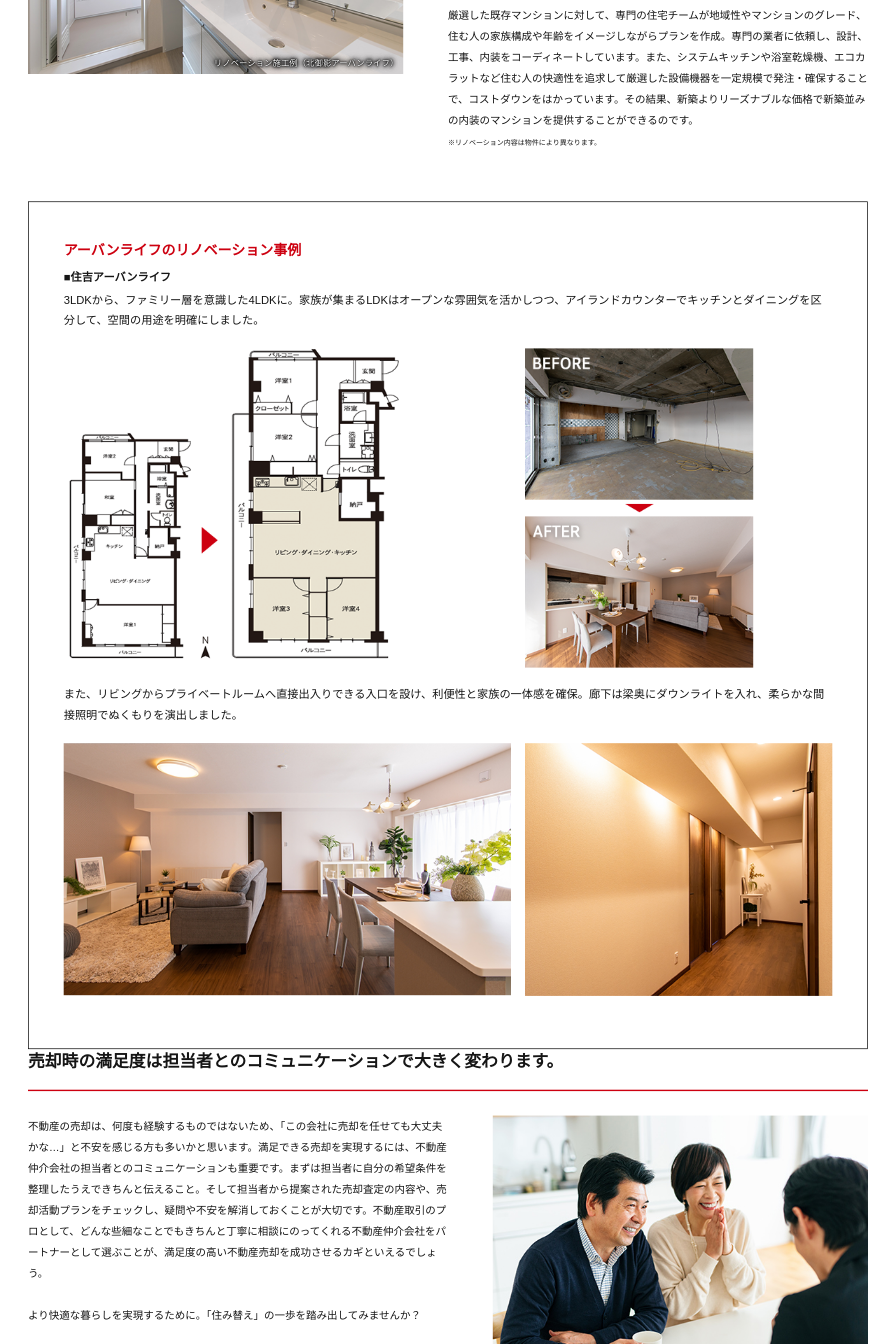
Repository: duongspm/group-kansai_new-data
Page: group-kansai_new/pickup/column07.html
These files come from the project's save history. The page is drawn as it stood at one moment and after a run of saves; the edit follows.
The browser window is 1280 px wide. The pictures show the part of the page from y = 2014 to 3934 px (the page is 4783 px tall), at 70% of full size.

Above is the page before, as saved 2023-06-30 16:00:18.

After the next 2 saves:
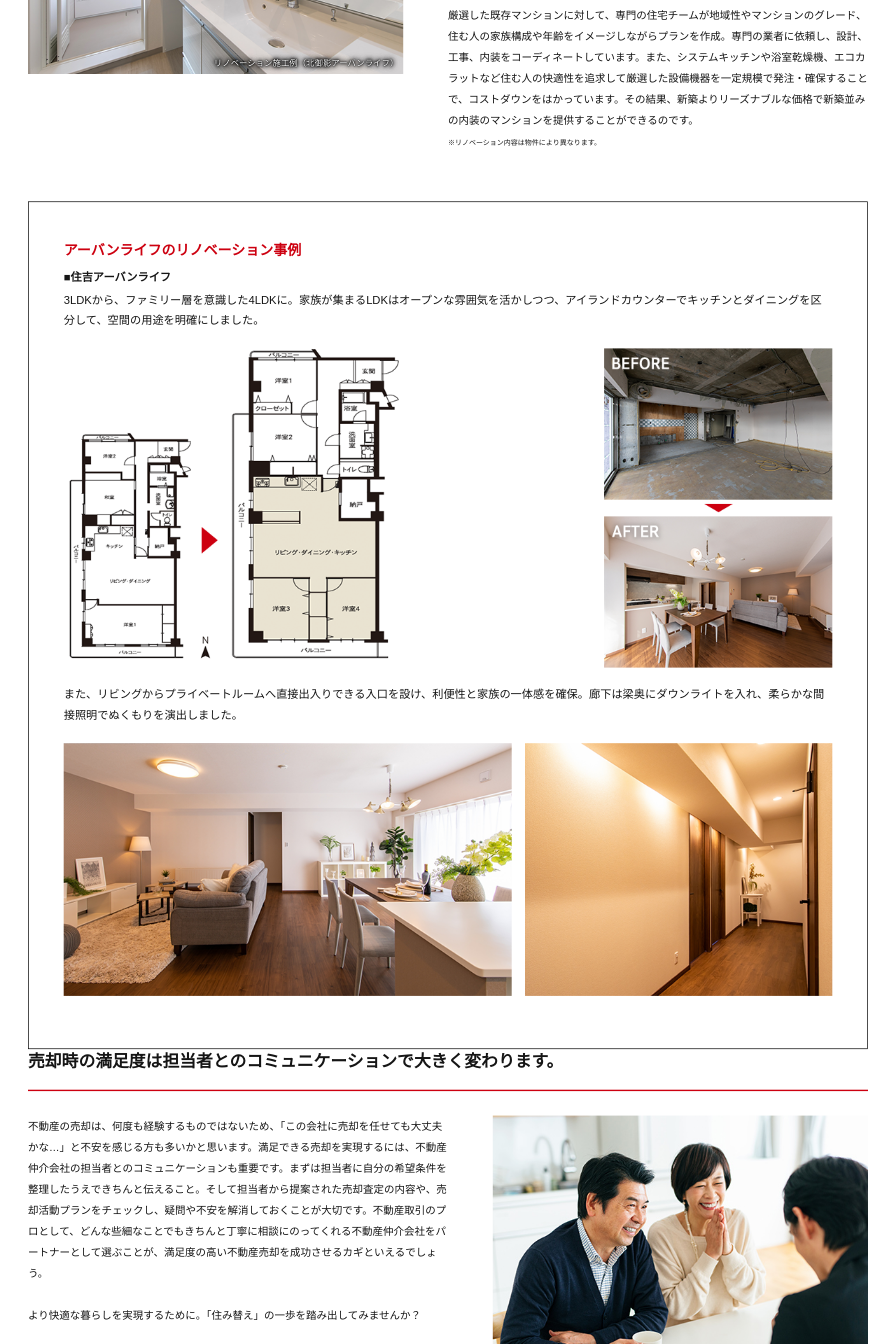
The 2 saves are shown as one change because they came seconds apart.
The last was saved 8 s later.
--- a/group-kansai_new/pickup/css/column.css
+++ b/group-kansai_new/pickup/css/column.css
@@ -205,11 +205,11 @@
     justify-content: space-between;
 }
 .column07__box .flex .flex__left{
-    width: 65.4%;
+    /* width: 65.4%; */
 }
 .column07__box .flex .flex__right{
-    width: 45%;
-    margin-left: 20px;
+    /* width: 45%;
+    margin-left: 20px; */
 }
 .box__img{
     position: relative;
